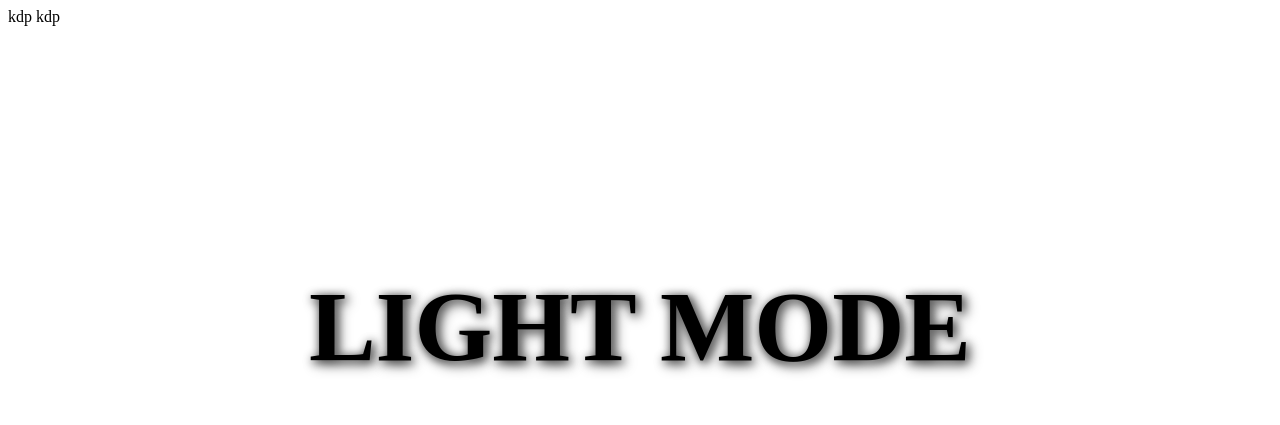
Repository: Eugene44-hub/darkmode-lightmode
Page: index.html
The author's editor kept a copy of each file at every save. The page is drawn from the files as they stood at one save, then again after the next save.
The browser window is 1280 px wide. The pictures show the whole page.

Above is the page before, as saved 2021-09-13 13:09:22.
Console error: TypeError: Cannot read properties of null (reading 'addEventListener')

After the next save:
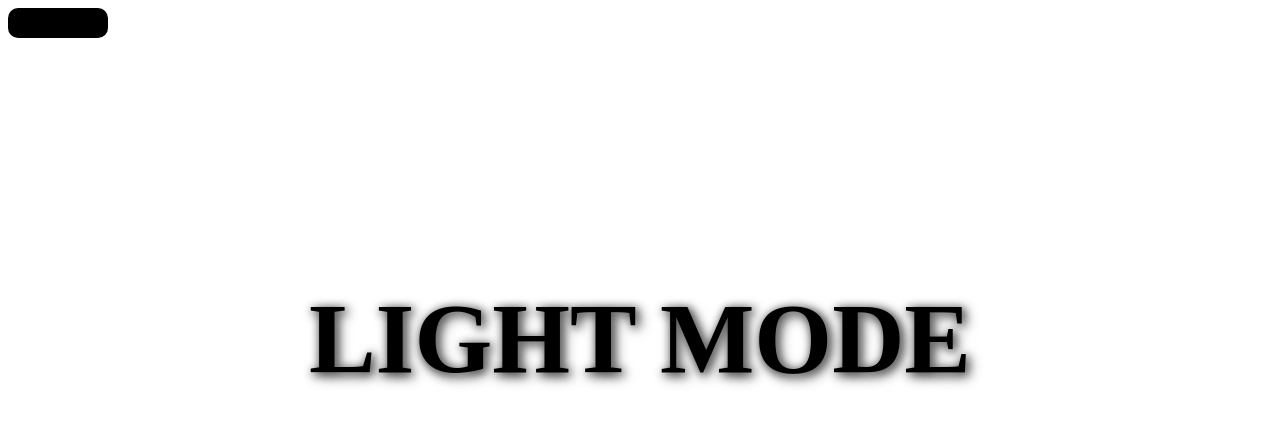
Saved 4 s later.
--- a/index.html
+++ b/index.html
@@ -11,9 +11,9 @@
 
 <body>
 
-    <div class=kdp "box">
-        <div clkdpass="circle"></div>
-    </div>kdp kdp
+    <div class="box">
+        <div cass="circle"></div>
+    </div>
     <div class="container">
         <p> Light mode</p>
     </div>
